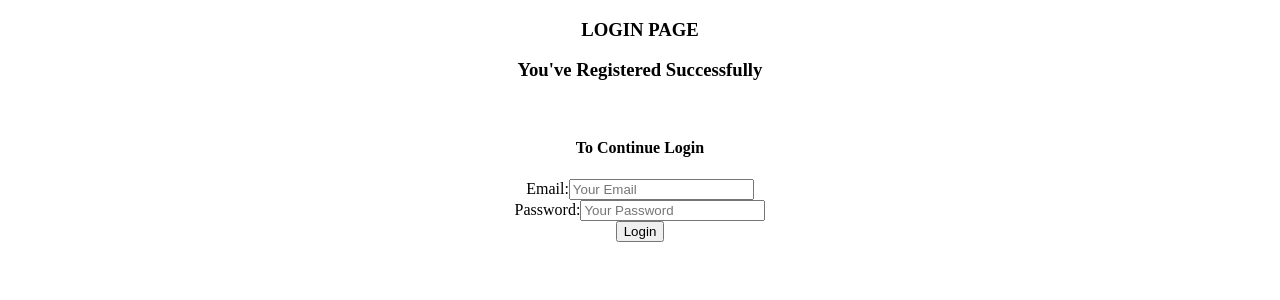
Repository: msibgathulla9980/Servlet
Page: ServletJdbcApp/WebContent/login.html
An editor plug-in stored every save of this project. The page is shown before and after the next save, followed by the edit.
The browser window is 1280 px wide. The pictures show the whole page.

Above is the page before, as saved 2019-01-23 13:13:17.

After the next save:
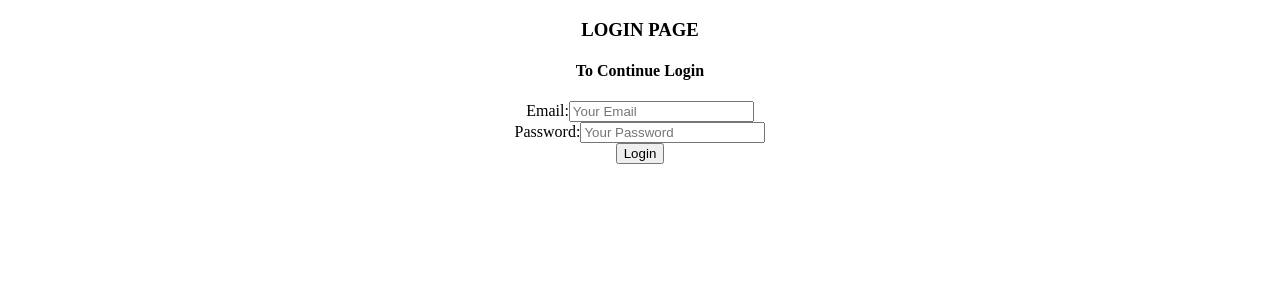
Saved 14 h 38 min later.
--- a/ServletJdbcApp/WebContent/login.html
+++ b/ServletJdbcApp/WebContent/login.html
@@ -7,7 +7,6 @@
 </head>
 <body>
 <center>
-<h3>You've Registered Successfully</h3><br>
 <h4>To Continue Login</h4>
 <form action="login" method="post">
 Email:<input type="email" name="email" placeholder="Your Email" required/><br>

After the save that followed:
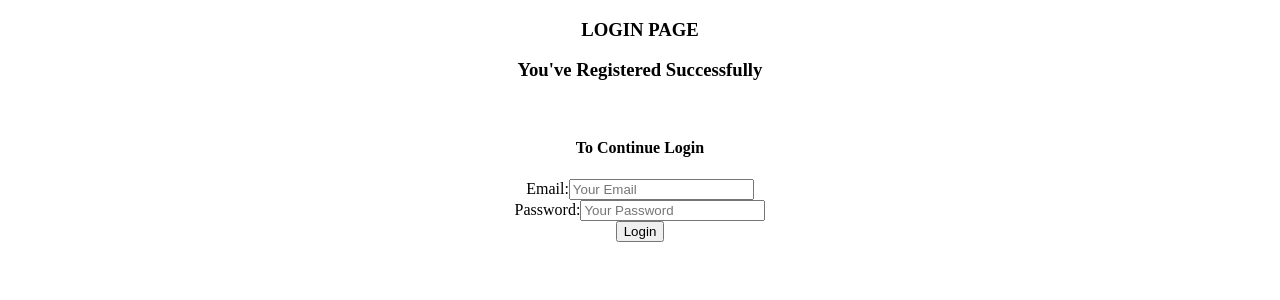
Saved 3 min 7 s later.
--- a/ServletJdbcApp/WebContent/login.html
+++ b/ServletJdbcApp/WebContent/login.html
@@ -7,6 +7,7 @@
 </head>
 <body>
 <center>
+<h3>You've Registered Successfully</h3><br>
 <h4>To Continue Login</h4>
 <form action="login" method="post">
 Email:<input type="email" name="email" placeholder="Your Email" required/><br>
